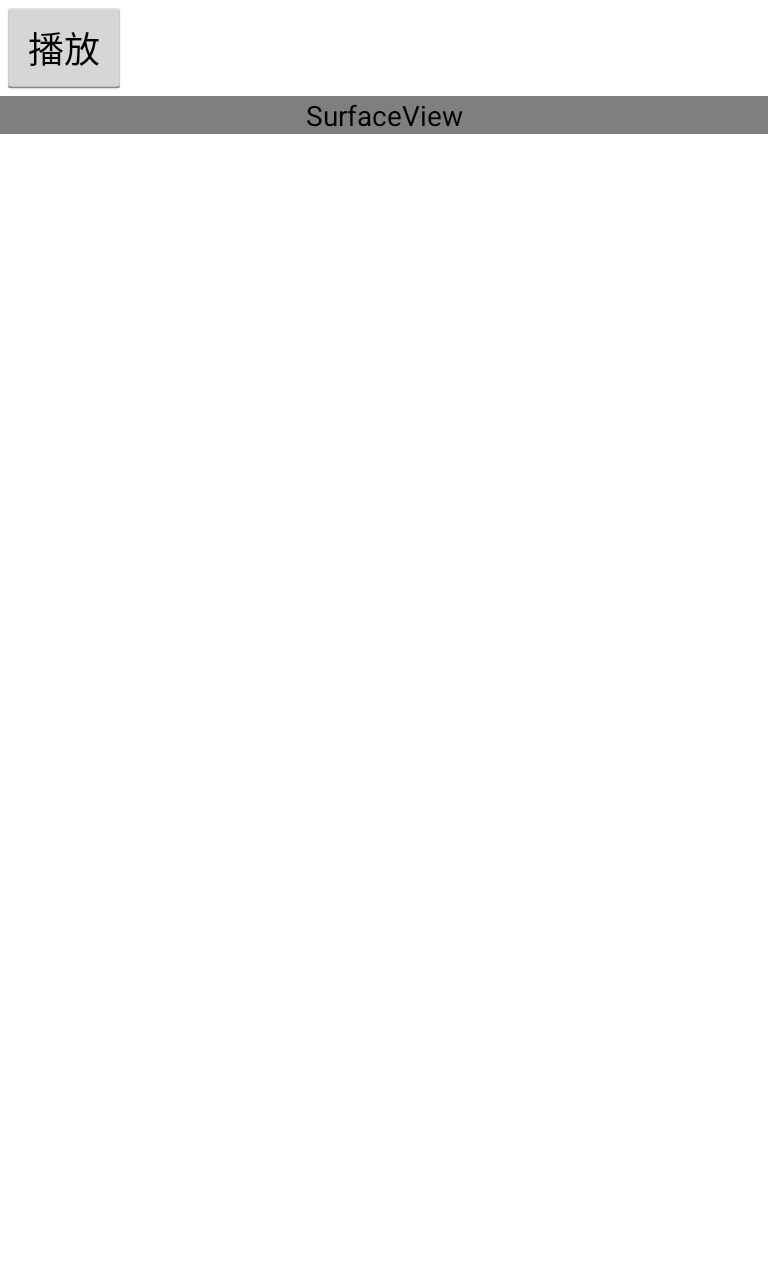
Repository: IvyZh/hm66
Layout: 黑马基础项目/res/layout/activity_video.xml
An editor plug-in stored every save of this project. The layout is shown before and after the next save, followed by the edit.
Pictures or frames that could not be fetched are drawn as grey boxes. It is drawn on a 768 x 1280 px phone screen (xhdpi) without system bars, with theme AppTheme; the app's code is not run.

Above is the layout before, as saved 2016-05-26 17:00:00.

After the next save:
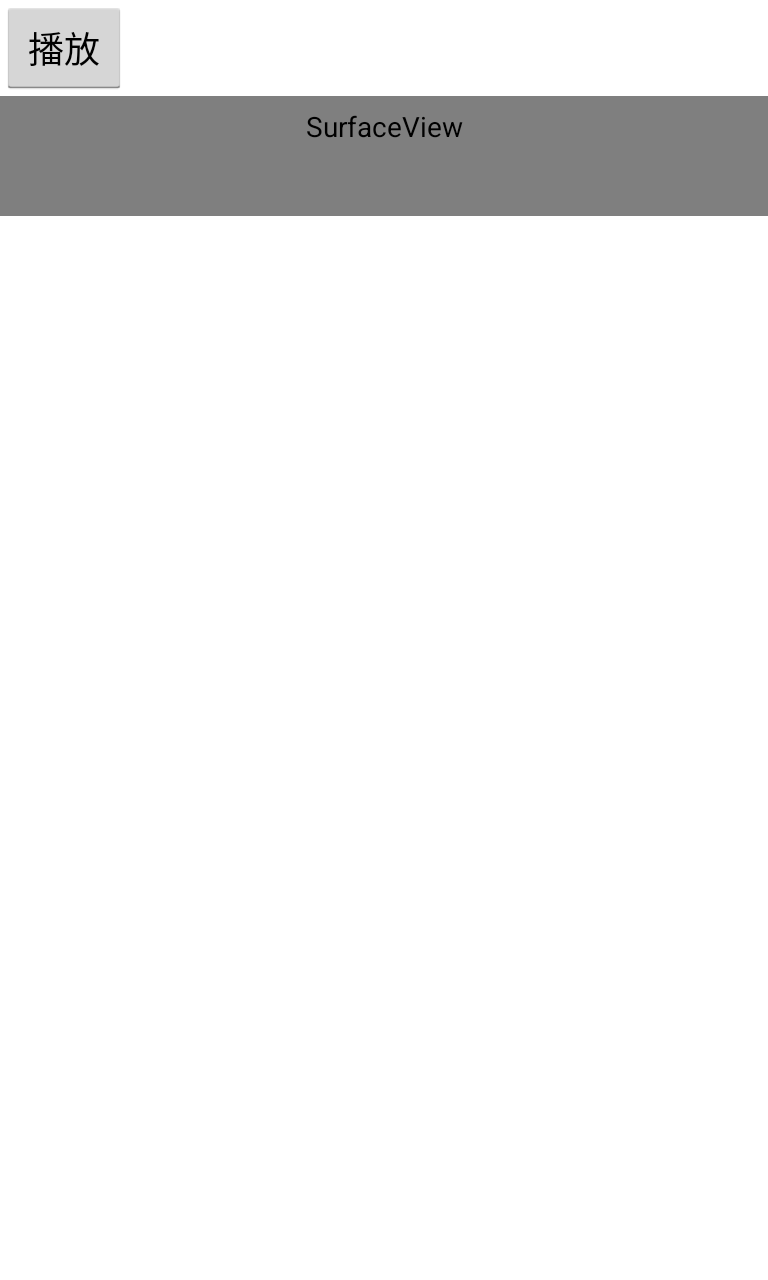
Saved 87 s later.
--- a/黑马基础项目/res/layout/activity_video.xml
+++ b/黑马基础项目/res/layout/activity_video.xml
@@ -14,6 +14,11 @@
     <SurfaceView
         android:id="@+id/sv"
         android:layout_width="match_parent"
-        android:layout_height="wrap_content" />
+        android:layout_height="30dp" />
+
+    <VideoView
+        android:id="@+id/vv"
+        android:layout_width="match_parent"
+        android:layout_height="30dp" />
 
 </LinearLayout>
